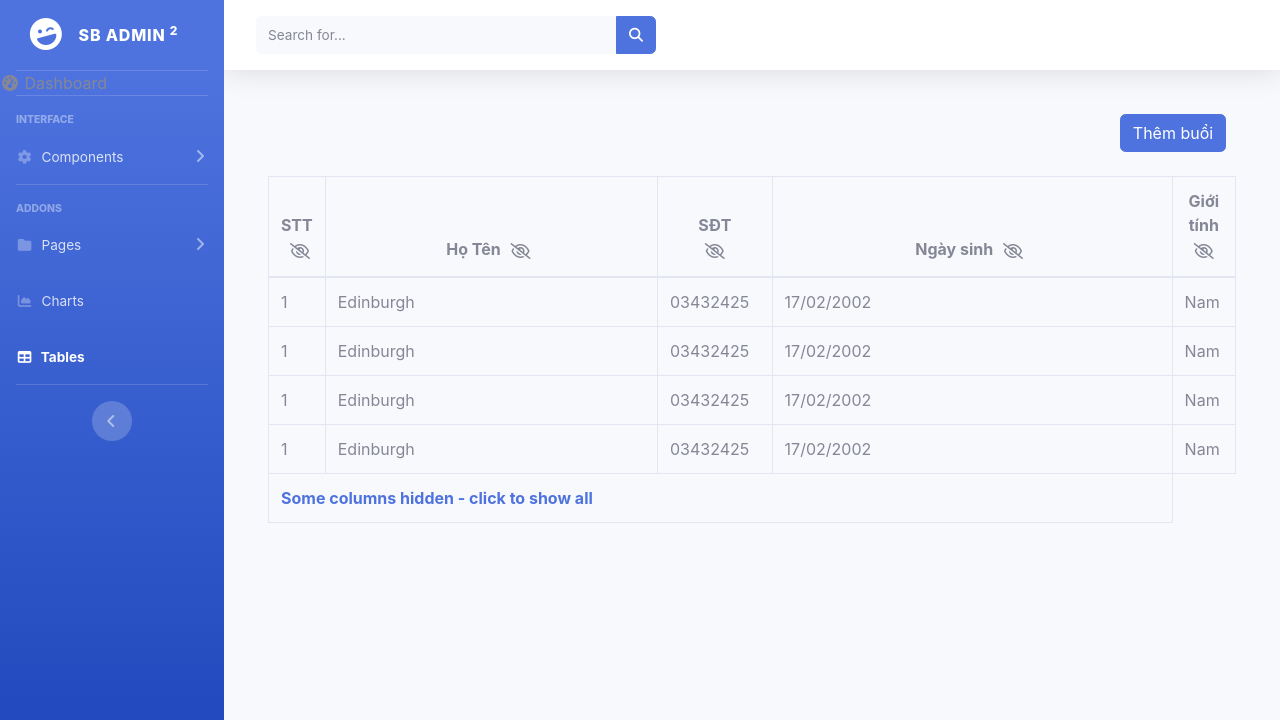
Repository: huyennvo/WebCiTEdu
Page: index.html
The author's editor kept a copy of each file at every save. The page is drawn from the files as they stood at one save, then again after the next save.
The browser window is 1280 px wide. The pictures show the whole page.
Some web libraries are served in a nearby version.

Above is the page before, as saved 2022-07-30 10:01:18.

### index.html
<!DOCTYPE html>
<html lang="en">

<head>

    <meta charset="utf-8">
    <meta http-equiv="X-UA-Compatible" content="IE=edge">
    <meta name="viewport" content="width=device-width, initial-scale=1, shrink-to-fit=no">
    <meta name="description" content="">
    <meta name="author" content="">

    <title>CiT Edu</title>
    <link rel="stylesheet" href="https://cdn.jsdelivr.net/npm/bootstrap@4.6.1/dist/css/bootstrap.min.css">
    <script src="https://cdn.jsdelivr.net/npm/jquery@3.6.0/dist/jquery.slim.min.js"></script>
    <script src="https://cdn.jsdelivr.net/npm/popper.js@1.16.1/dist/umd/popper.min.js"></script>
    <script src="https://cdn.jsdelivr.net/npm/bootstrap@4.6.1/dist/js/bootstrap.bundle.min.js"></script>
    <script src="https://kit.fontawesome.com/1b99fd25e4.js" crossorigin="anonymous"></script>
</head>

<link href="vendor/fontawesome-free/css/all.min.css" rel="stylesheet" type="text/css">
<link href="./sb-admin-2.min.css" rel="stylesheet">
<style>
    /* body {
        padding: 15px;
    } */

    .table-hideable td,
    .table-hideable th {
        width: auto;
        transition: width .5s, margin .5s;
    }

    .btn-condensed.btn-condensed {
        padding: 0 5px;
        box-shadow: none;
    }
    /* use class to have a little animation */

    .hide-col {
        width: 0px !important;
        height: 0px !important;
        display: block !important;
        overflow: hidden !important;
        margin: 0 !important;
        padding: 0 !important;
        border: none !important;
    }
    .gioiTinh {
      width: 3vw !important;
    }
</style>

<!-- Custom styles for this template -->
<link href="css/sb-admin-2.min.css" rel="stylesheet">
<!--

<link href="http://maxcdn.bootstrapcdn.com/font-awesome/4.7.0/css/font-awesome.min.css" rel="stylesheet">
<link rel="stylesheet" href="css/buton.css">

<link rel="stylesheet" href="css/bootstrap.css">
<link rel="stylesheet" href="css/bootstrap.min.css">
<link rel="stylesheet" href="path/to/font-awesome/css/font-awesome.min.css">
<link href="https://cdn.jsdelivr.net/npm/bootstrap@5.2.0/dist/css/bootstrap.min.css" rel="stylesheet" integrity="sha384-gH2yIJqKdNHPEq0n4Mqa/HGKIhSkIHeL5AyhkYV8i59U5AR6csBvApHHNl/vI1Bx" crossorigin="anonymous" />
 -->

<!-- <link
href="https://cdn.jsdelivr.net/npm/bootstrap@5.2.0/dist/css/bootstrap.min.css"
rel="stylesheet"
integrity="sha384-gH2yIJqKdNHPEq0n4Mqa/HGKIhSkIHeL5AyhkYV8i59U5AR6csBvApHHNl/vI1Bx"
crossorigin="anonymous"
/> -->
<!-- <script
src="https://cdn.jsdelivr.net/npm/bootstrap@5.2.0/dist/js/bootstrap.bundle.min.js"
integrity="sha384-A3rJD856KowSb7dwlZdYEkO39Gagi7vIsF0jrRAoQmDKKtQBHUuLZ9AsSv4jD4Xa"
crossorigin="anonymous"
></script>  -->
<script src="./app.js"></script>
</head>

<body id="page-top">

    <!-- Page Wrapper -->
    <div id="wrapper">

        <!-- Sidebar -->
        <ul class="navbar-nav bg-gradient-primary sidebar sidebar-dark accordion" id="accordionSidebar">

            <!-- Sidebar - Brand -->
            <a class="sidebar-brand d-flex align-items-center justify-content-center" href="index.html">
                <div class="sidebar-brand-icon rotate-n-15">
                    <i class="fas fa-laugh-wink"></i>
                </div>
                <div class="sidebar-brand-text mx-3">SB Admin <sup>2</sup></div>
            </a>

            <!-- Divider -->
            <hr class="sidebar-divider my-0">

            <!-- Nav Item - Dashboard -->
            <li class="nav-item">
                <!-- <a class="nav-link" href="index.html"> -->
                <i class="fas fa-fw fa-tachometer-alt"></i>
                <span>Dashboard</span></a>
            </li>

            <!-- Divider -->
            <hr class="sidebar-divider">

            <!-- Heading -->
            <div class="sidebar-heading">
                Interface
            </div>

            <!-- Nav Item - Pages Collapse Menu -->
            <li class="nav-item">
                <a class="nav-link collapsed" href="#" data-toggle="collapse" data-target="#collapseTwo" aria-expanded="true" aria-controls="collapseTwo">
                    <i class="fas fa-fw fa-cog"></i>
                    <span>Components</span>
                </a>
            </li>

            <!-- Divider -->
            <hr class="sidebar-divider">

            <!-- Heading -->
            <div class="sidebar-heading">
                Addons
            </div>

            <!-- Nav Item - Pages Collapse Menu -->
            <li class="nav-item">
                <a class="nav-link collapsed" href="#" data-toggle="collapse" data-target="#collapsePages" aria-expanded="true" aria-controls="collapsePages">
                    <i class="fas fa-fw fa-folder"></i>
                    <span>Pages</span>
                </a>
            </li>

            <!-- Nav Item - Charts -->
            <li class="nav-item">
                <a class="nav-link" href="charts.html">
                    <i class="fas fa-fw fa-chart-area"></i>
                    <span>Charts</span></a>
            </li>

            <!-- Nav Item - Tables -->
            <li class="nav-item active">
                <a class="nav-link" href="tables.html">
                    <i class="fas fa-fw fa-table"></i>
                    <span>Tables</span></a>
            </li>

            <!-- Divider -->
            <hr class="sidebar-divider d-none d-md-block">

            <!-- Sidebar Toggler (Sidebar) -->
            <div class="text-center d-none d-md-inline">
                <button class="rounded-circle border-0" id="sidebarToggle"></button>
            </div>

        </ul>
        <!-- End of Sidebar -->

        <!-- Content Wrapper -->
        <div id="content-wrapper" class="d-flex flex-column">

            <!-- Main Content -->
            <div id="content">

                <!-- Topbar -->
                <nav class="navbar navbar-expand navbar-light bg-white topbar mb-4 static-top shadow">

                    <!-- Sidebar Toggle (Topbar) -->
                    <form class="form-inline">
                        <button id="sidebarToggleTop" class="btn btn-link d-md-none rounded-circle mr-3">
              <i class="fa fa-bars"></i>
            </button>
                    </form>

                    <!-- Topbar Search -->
                    <form class="d-none d-sm-inline-block form-inline mr-auto ml-md-3 my-2 my-md-0 mw-100 navbar-search">
                        <div class="input-group">
                            <input type="text" class="form-control bg-light border-0 small" placeholder="Search for..." aria-label="Search" aria-describedby="basic-addon2">
                            <div class="input-group-append">
                                <button class="btn btn-primary" type="button">
                  <i class="fas fa-search fa-sm"></i>
                </button>
                            </div>
                        </div>
                    </form>
                </nav>
                <!-- End of Topbar -->
                <!-- Begin Page Content -->
                <div class="container-fluid">
                    <div class="card-body">

                        <div class="table-responsive">
                            <button style="display: flex; position: relative;
                            left: 88%;" id="insertCol" class="btn btn-primary">Thêm buổi</button>
                            <br>
                            <table class="table table-bordered" id="dataTable" width="100%" cellspacing="0">
                                <thead style="text-align: center;">
                                    <tr id="row1">
                                        <th>
                                            STT
                                            <button style="width:2vw; text-align: centre" class="pull-right btn btn-default btn-condensed hide-column" data-toggle="tooltip" data-placement="bottom" title="Ẩn cột">
          <i class="fa fa-eye-slash"></i>
        </button>
                                        </th>

                                        <th>
                                            Họ Tên
                                            <button class="pull-right btn btn-default btn-condensed hide-column" data-toggle="tooltip" data-placement="bottom" title="Ẩn cột">
          <i class="fa fa-eye-slash"></i>
        </button>
                                        </th class="hide-col">
                                        <th>
                                            SĐT
                                            <button style="width: 7vw" class="pull-right btn btn-default btn-condensed hide-column" data-toggle="tooltip" data-placement="bottom" title="Ẩn cột">
          <i class="fa fa-eye-slash"></i>
        </button>
                                        </th>

                                        <th>
                                           Ngày sinh
                                            <button class="pull-right btn btn-default btn-condensed hide-column" data-toggle="tooltip" data-placement="bottom" title="Ẩn cột">
          <i class="fa fa-eye-slash"></i>
        </button>
                                       </th>
                                        </th class="hide-col">
                                        <th>
                                            Giới tính
                                            <button class="pull-right btn btn-default btn-condensed hide-column gioiTinh" data-toggle="tooltip" data-placement="bottom" title="Ẩn cột">
          <i class="fa fa-eye-slash"></i>
        </button>
                                        </th>

                                    </tr>
                                </thead>
                                <tbody id="myTable">


                                    <tr id="row2">
                                        <td style="width:2vw">1</td>
                                        <td>Edinburgh</td>
                                        <td style="width: 7vw">03432425</td>
                                        <td>17/02/2002</td>
                                        <td class="gioiTinh">Nam</td>
                                    </tr>
                                    <tr id="row3">
                                        <td style="width:3vw">1</td>
                                        <td>Edinburgh</td>
                                        <td style="width: 7vw">03432425</td>
                                        <td>17/02/2002</td>
                                        <td class="gioiTinh">Nam</td>
                                    </tr>
                                    <tr id="row4">
                                        <td style="width:2vw">1</td>
                                        <td>Edinburgh</td>
                                        <td style="width: 7vw" >03432425</td>
                                        <td>17/02/2002</td>
                                        <td class="gioiTinh">Nam</td>
                                    </tr>
                                    <tr id="row5">
                                        <td style="width:2vw">1</td>
                                        <td>Edinburgh</td>
                                        <td style="width: 7vw">03432425</td>
                                        <td>17/02/2002</td>
                                        <td class="gioiTinh">Nam</td>
                                    </tr>

                                </tbody>
                                <tfoot class="footer-restore-columns">
                                    <tr>
                                        <th colspan="4"><a class="restore-columns" href="#">Some columns hidden - click to show all</a></th>
                                    </tr>
                                </tfoot>
                            </table>
                        </div>
                    </div>
                </div>

            </div>
            <!-- /.container-fluid -->
        </div>
        <!-- End of Main Content -->

    </div>
    <!-- End of Content Wrapper -->

    </div>
    <!-- End of Page Wrapper -->

    <!-- Scroll to Top Button-->
    <!-- Button trigger modal -->


    <!-- Modal -->

    <div class="modal fade" id="exampleModal" tabindex="-1" aria-labelledby="exampleModalLabel" aria-hidden="true">
        <div class="modal-dialog">
            <div class="modal-content">
                <div class="modal-header">
                    <h5 class="modal-title" id="exampleModalLabel">Thông tin buổi học</h5>
                    <button type="button" class="close" data-dismiss="modal" aria-label="Close">
            <span aria-hidden="true">&times;</span>
          </button>
                </div>
                <div class="modal-body">
                    <form id="formInput-add">
                        <div class="form-group row">
                            <label class="col-md-3" for="inputName">Chủ nhiệm</label>
                            <input type="text" class="col-md-9 form-control" id="inputName" name="name" aria-describedby="emailHelp" placeholder="Tên chủ nhiệm" />
                        </div>
                        <div class="form-group row">
                            <label class="col-md-3" for="inputPrice">Trợ giảng</label>
                            <input type="" name="price" class="col-md-9 form-control" id="inputPrice" placeholder="Tên trợ giảng" />
                        </div>
                        <div class="form-group row">
                            <label class="col-md-3" for="inputDescription">Giảng viên</label>
                            <input type="" name="description" class="col-md-9 form-control" id="inputDescription" placeholder="Tên giảng viên" />
                        </div>
                        <div class="form-group row">
                            <label class="col-md-3" for="inputQuantity">Nội dung buổi học</label>

                            <input type="" name="product_site" class="col-md-9 form-control" id="inputProductSite" placeholder="" />
                            <!-- <textarea id="w3review" name="w3review" rows="4" cols="50"></textarea> -->
                        </div>
                        <div class="form-group row">
                            <label class="col-md-3" for="inputProductSite">Nhận xét</label>
                            <textarea type="" name="quantity" class="col-md-9 form-control" id="inputQuantity" placeholder=""></textarea>
                        </div>
                        <div class="modal-footer">
                            <button type="button" class="btn btn-primary">Lưu</button>
                            <button type="button" class="btn btn-secondary" data-dismiss="modal">Đóng</button>
                        </div>
                </div>
            </div>
        </div>
    </div>

</body>

</html>

### app.js
$(document).ready(function () {
  // $('#dataTable').on('click', '#select-all', function(){
  //    let a =$(this).className;
  //     console.log(a);
  //   // if ($(this).hasClass('allChecked')) {
      // $('input:checkbox[id^=a][type="checkbox"]').prop('checked', false);
  //   // } else {
  //   //   $('input:checkbox[id^=a][type="checkbox"]').prop('checked', true);
  //   // }
  //   // $(this).toggleClass('allChecked');
  // });
  // $("checkBox[id='checkbox1']")
  // $('#select-all2').click(function () {
  //   if ($(this).hasClass('allChecked')) {
  //     $('input:checkbox[id^="checkBox2"][type="checkbox"]').prop('checked', false);
  //   } else {
  //     $('input:checkbox[id^="checkBox2"][type="checkbox"]').prop('checked', true);
  //   }
  //   $(this).toggleClass('allChecked');
  // });
 // on init
 $(".table-hideable .hide-col").each(HideColumnIndex);

 // on click
 $('.hide-column').click(HideColumnIndex)

 function HideColumnIndex() {
     var $el = $(this);
     var $cell = $el.closest('th,td')
     var $table = $cell.closest('table')

     // get cell location - https://stackoverflow.com/a/4999018/1366033
     var colIndex = $cell[0].cellIndex + 1;
     // find and hide col index
     $table.find("tbody tr, thead tr")
         .children(":nth-child(" + colIndex + ")")
         .addClass('hide-col')

     // show restore footer
     $table.find(".footer-restore-columns").show()
 }

 // restore columns footer
 $(".restore-columns").click(function(e) {
     var $table = $(this).closest('table')
     $table.find(".footer-restore-columns").hide()
     $table.find("th, td")
         .removeClass('hide-col');

 })

 $('[data-toggle="tooltip"]').tooltip({
     trigger: 'hover'
 })

 let stt = 1;
 $("#insertCol").click(function(){
  let html1 = "";

  html1 +=`<th>Buổi ${stt} <button style="border: 0; background-color: #F8F9FC" data-stt="${stt}" class="checkBox${stt} select-all"><i
    class="fa-solid fa-check-double" style="color:green;"  data-toggle="tooltip" data-placement="right" title="Chọn tất cả"></i></button><br><button type="button"
    class="btn" data-toggle="modal" data-target="#exampleModal">
    Thêm
    </button>  <button class="pull-right btn btn-default btn-condensed hide-column" data-toggle="tooltip" data-placement="bottom" title="Hide Column">
    <i class="fa fa-eye-slash"></i>
    </button> </th>`;
    $("#row1").append(html1);
    for(let i = 0; i < 5; i++) {
      $(`#row${i + 2}`).append(`<td><input type="checkbox" id="checkBox${stt}" name="name" value="name">
      <select name="cars" id="cars" >
        <option value="saab" selected></option>
          <option value="saab" >Có phép</option>
          <option value="opel">Không phép</option>
          <option value="audi">Đi muộn</option>
        </select>
      </td>`);


    }


  // on init
 $(".table-hideable .hide-col").each(HideColumnIndex);

 // on click
 $('.hide-column').click(HideColumnIndex)

 function HideColumnIndex() {
     var $el = $(this);
     var $cell = $el.closest('th,td')
     var $table = $cell.closest('table')

     // get cell location - https://stackoverflow.com/a/4999018/1366033
     var colIndex = $cell[0].cellIndex + 1;
     // find and hide col index
     $table.find("tbody tr, thead tr")
         .children(":nth-child(" + colIndex + ")")
         .addClass('hide-col')

     // show restore footer
     $table.find(".footer-restore-columns").show()
 }

 // restore columns footer
 $(".restore-columns").click(function(e) {
     var $table = $(this).closest('table')
     $table.find(".footer-restore-columns").hide()
     $table.find("th, td")
         .removeClass('hide-col');

 })

 $('[data-toggle="tooltip"]').tooltip({
     trigger: 'hover'
 })
 $('.select-all').click(function () {
  let sttt = $(this).attr("data-stt");
  console.log(sttt);
  if ($(this).hasClass('allChecked')) {
    $(`input:checkbox[id^="checkBox${sttt}"][type="checkbox"]`).prop('checked', false);
  } else {
    $(`input:checkbox[id^="checkBox${sttt}"][type="checkbox"]`).prop('checked', true);
  }
  $(this).toggleClass('allChecked');
})
 stt++;
});




});

Loaded but not shown: sb-admin-2.min.css (library)

After the next save:
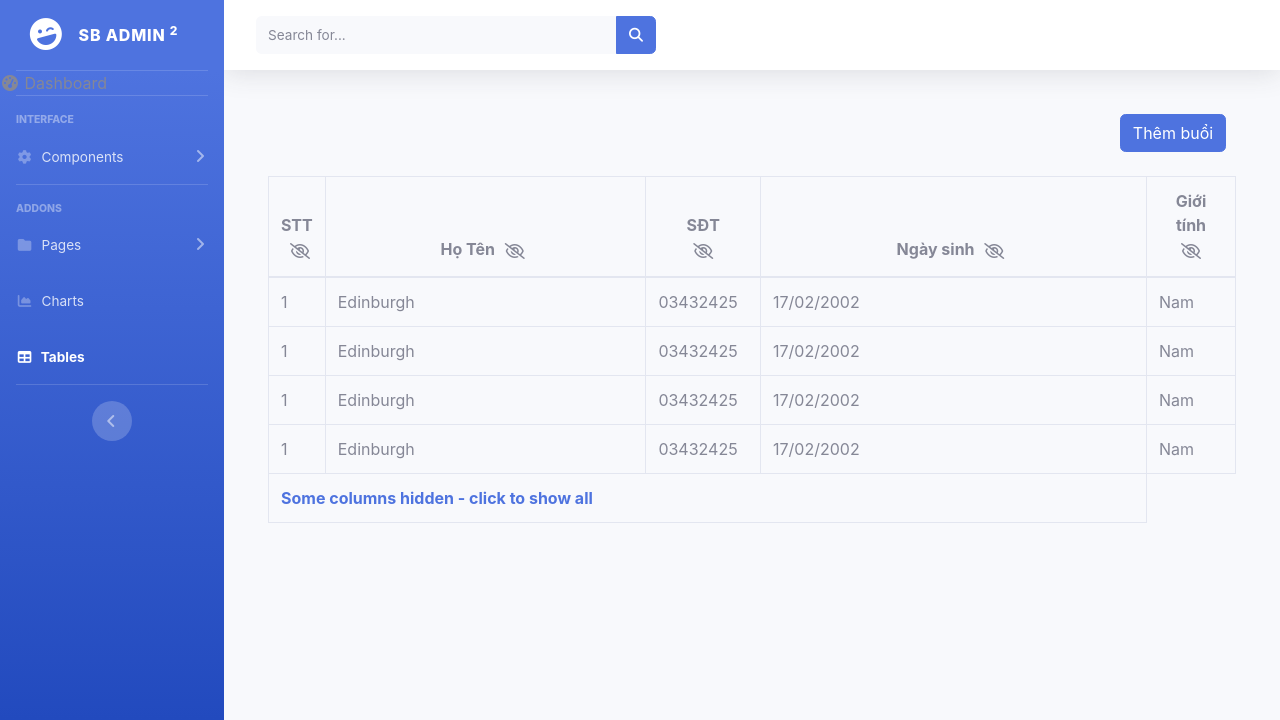
Saved 4 s later.
--- a/index.html
+++ b/index.html
@@ -46,7 +46,7 @@
         border: none !important;
     }
     .gioiTinh {
-      width: 3vw !important;
+      width: 5vw !important;
     }
 </style>
 
